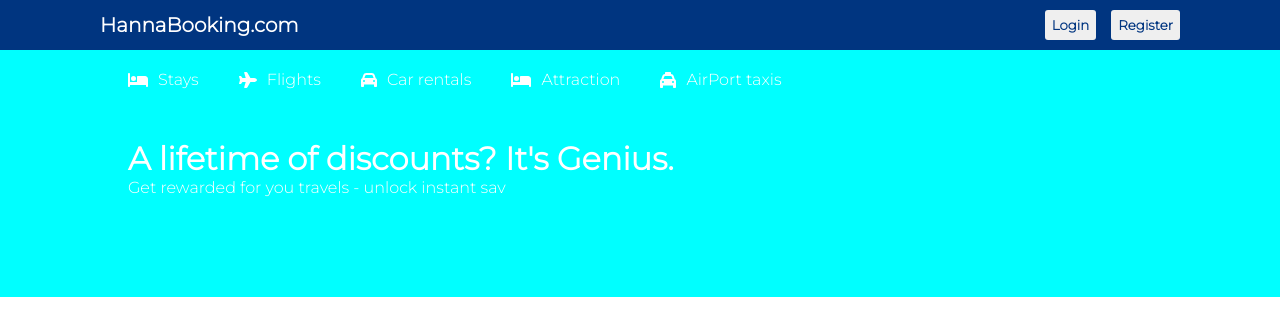
Repository: truongnguyenuit/BookingWebApp
Page: /
The author's editor kept a copy of each file at every save. The page is drawn from the files as they stood at one save, then again after the next save.
The browser window is 1280 px wide. The pictures show the whole page.
The project was rebuilt for these pictures with package versions that can differ from the ones it lists, and the page was loaded fresh each time.

Above is the page before, as saved 2022-05-26 15:36:21.

After the next save:
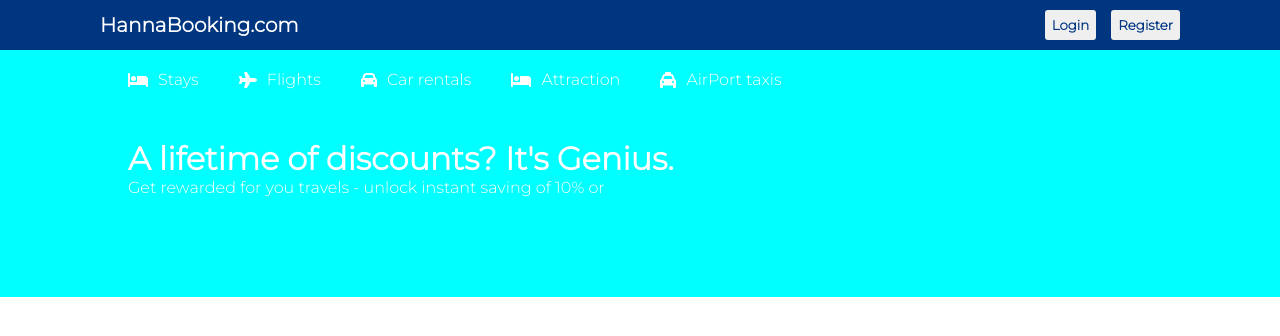
Saved 5 s later.
--- a/src/components/header/Header.jsx
+++ b/src/components/header/Header.jsx
@@ -62,7 +62,7 @@ const Header = ({ type }) => {
                         A lifetime of discounts? It's Genius.
                     </h1>
                     <p className="headerDesc">
-                        Get rewarded for you travels - unlock instant sav
+                        Get rewarded for you travels - unlock instant saving of 10% or
                     </p>
                 </>
             </div>
